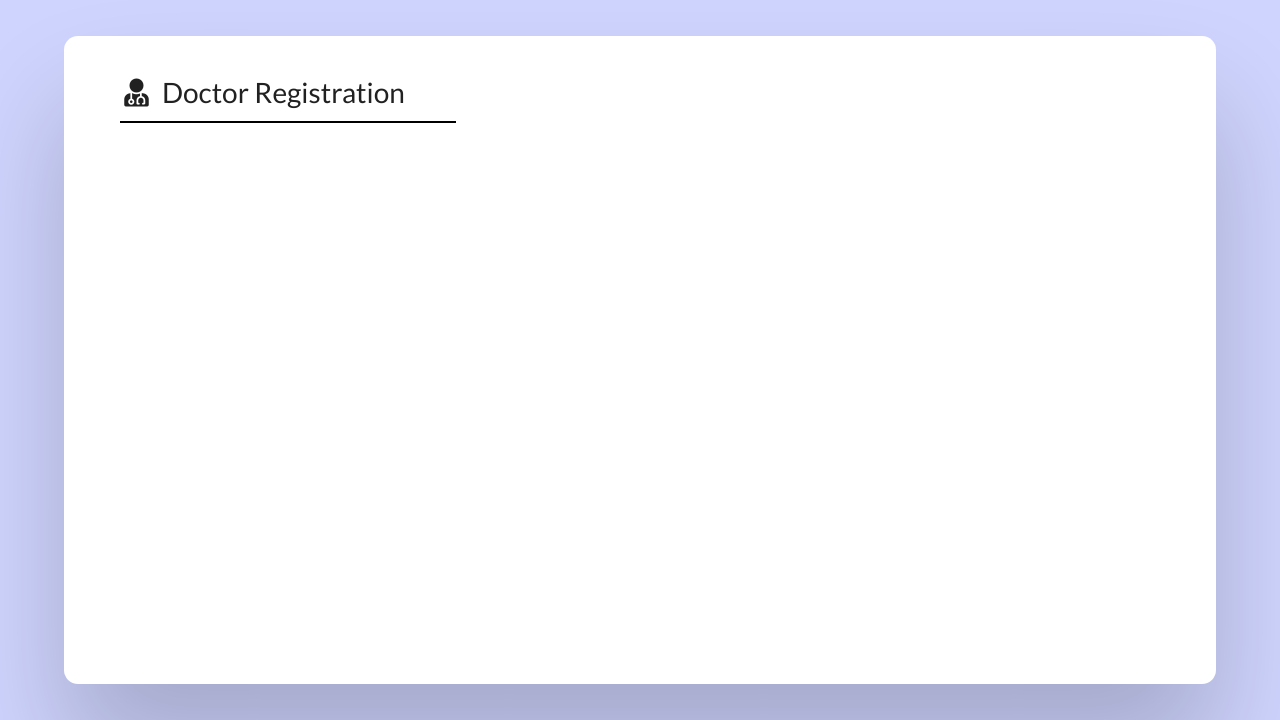
Repository: ajayaj2001/healthcare-digitization
Page: /doctorForm
The author's editor kept a copy of each file at every save. The page is drawn from the files as they stood at one save, then again after the next save.
The browser window is 1280 px wide. The pictures show the whole page.
The project was rebuilt for these pictures with package versions that can differ from the ones it lists, and the page was loaded fresh each time. Also part of the build but not shown: src/component/userType/UserType.scss, src/component/userType/UserType.js, src/component/login/Login.scss, src/component/login/loginForm/LoginForm.scss, src/component/login/loginForm/LoginForm.js, src/component/login/Login.js, src/component/register/Register.scss, src/component/register/registerForm/RegisterForm.scss and 2 more.

Above is the page before, as saved 2021-03-13 10:41:58.

### public/index.html
<!DOCTYPE html>
<html lang="en">

<head>
  <meta charset="utf-8" />
  <meta name="viewport" content="width=device-width, initial-scale=1" />
  <meta name="theme-color" content="#000000" />
  <meta name="description" content="Web site created using create-react-app" />
  <link rel="stylesheet" href="https://fonts.googleapis.com/css?family=Roboto:300,400,500,700&display=swap" />
  <link rel="stylesheet" href="https://fonts.googleapis.com/icon?family=Material+Icons" />

  <!--
      manifest.json provides metadata used when your web app is installed on a
      user's mobile device or desktop. See https://developers.google.com/web/fundamentals/web-app-manifest/
    -->
  <!-- <link rel="manifest" href="%PUBLIC_URL%/manifest.json" /> -->
  <!--
      Notice the use of %PUBLIC_URL% in the tags above.
      It will be replaced with the URL of the `public` folder during the build.
      Only files inside the `public` folder can be referenced from the HTML.

      Unlike "/favicon.ico" or "favicon.ico", "%PUBLIC_URL%/favicon.ico" will
      work correctly both with client-side routing and a non-root public URL.
      Learn how to configure a non-root public URL by running `npm run build`.
    -->
  <title>medical</title>
</head>

<body>
  <noscript>You need to enable JavaScript to run this app.</noscript>
  <div id="root"></div>
  <!--
      This HTML file is a template.
      If you open it directly in the browser, you will see an empty page.

      You can add webfonts, meta tags, or analytics to this file.
      The build step will place the bundled scripts into the <body> tag.

      To begin the development, run `npm start` or `yarn start`.
      To create a production bundle, use `npm run build` or `yarn build`.
    -->
</body>

</html>

### src/index.js
import React from 'react';
import ReactDOM from 'react-dom';
import './index.scss';
import App from './component/app/App';
import 'semantic-ui-css/semantic.min.css'


ReactDOM.render(
  // <React.StrictMode>
    <App />
  // </React.StrictMode>
  ,
  document.getElementById('root')
);

### src/index.scss
code {
  font-family: source-code-pro, Menlo, Monaco, Consolas, "Courier New", monospace;
}
@mixin respond($breakpoint) {
  @if $breakpoint == phone {
    @media (max-width: 37.5em) {
      @content;
    }
  }

  @if $breakpoint == tab-land {
    @media (max-width: 75em) {
      @content;
    }
  }
  @if $breakpoint == tab-port {
    @media (max-width: 56.25em) {
      @content;
    }
  }
  @if $breakpoint == big-desktop {
    @media (min-width: 112.5em) {
      @content;
    }
  }
}

*,
*::after,
*::before {
  margin: 0;
  padding: 0;
  box-sizing: inherit;
}
body {
  font-family: "Lato", sans-serif;
  font-weight: 400;
  font-size: 16px;
  line-height: 1.7;
  color: #777;
  //padding: 30px;
  box-sizing: border-box;
  @include respond(tab-port) {
    padding: 0;
  }
}

html {
  font-size: 62.5%; //1rem=10px 10px/16px=62.5%
  @include respond(tab-land) {
    //width <1200
    font-size: 56.25%; //1rem=9px
  }
  @include respond(tab-port) {
    //<width <900
    font-size: 50%; //1rem=8px
  }
  // @include respond(phone) {
  //     //<width<600
  //     font-size: 40%; //1rem=4.8px
  // }
  @include respond(big-desktop) {
    //>1200
    font-size: 75%; //1rem=12
  }
}

### src/component/app/App.js
import './App.scss';

import UserType from "../userType/UserType";
import Login from '../login/Login';
import Register from '../register/Register';
import { BrowserRouter as Router,Route,Switch } from 'react-router-dom';
import DoctorForm from '../doctorForm/DoctorForm';

function App() {
  return (
    <Router>
       <Switch>
          <Route path="/login">
           <Login/>
          </Route>
          <Route path="/register">
           <Register/>
          </Route>
          <Route path="/doctorForm">
            <DoctorForm/>
          </Route>
          <Route path="/">
            <UserType/>
          </Route>

        </Switch>
    {/* <div className="App">
    </div> */}
    </Router>
  );
}

export default App;

### src/component/doctorForm/DoctorForm.js
import React from 'react'
import './DoctorForm.scss'
import { Form, Input, TextArea, Button, Select, Icon } from 'semantic-ui-react'

const DoctorForm = () => {
    return (
        <div className="doctorForm__container">
            <div className="doctorForm__main">
                <div className="doctorForm__heading"><Icon name="user doctor"/> Doctor Registration</div>
            </div>
        </div>
    )
}

export default DoctorForm

### src/component/doctorForm/DoctorForm.scss
.doctorForm{
    &__container{
        margin: 0;
        background-color: #cfd4fe;
        height: 100vh;
        display: flex;
        justify-content: center;
        align-items: center;
    }
    &__main{
        background-color: white;
        width: 90%;
        height: 90%;
        border-radius: 1rem;
        align-items: center;
        overflow: hidden;
        box-shadow: 0 5rem 8rem rgba(black, 0.2);
    }
   &__heading{
       font-size: 2rem;
       margin: 4rem 0rem 0rem 4rem;
       line-height: 0rem;
       border-bottom: .2rem solid black;
       width: 24rem;
   }
}

Loaded but not shown: src/component/app/App.scss (no stored copy; drawn as an empty file)

After the next save:
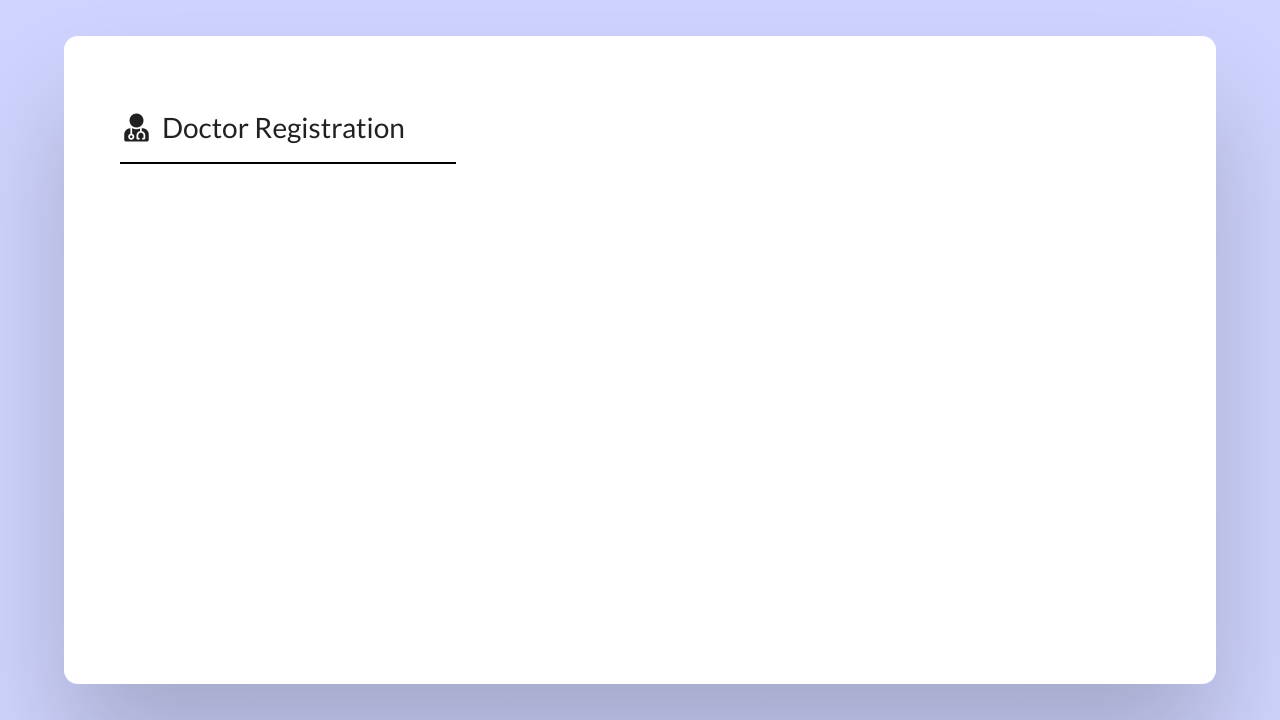
Saved 11 s later.
--- a/src/component/doctorForm/DoctorForm.scss
+++ b/src/component/doctorForm/DoctorForm.scss
@@ -19,7 +19,7 @@
    &__heading{
        font-size: 2rem;
        margin: 4rem 0rem 0rem 4rem;
-       line-height: 0rem;
+       line-height: 5rem;
        border-bottom: .2rem solid black;
        width: 24rem;
    }
